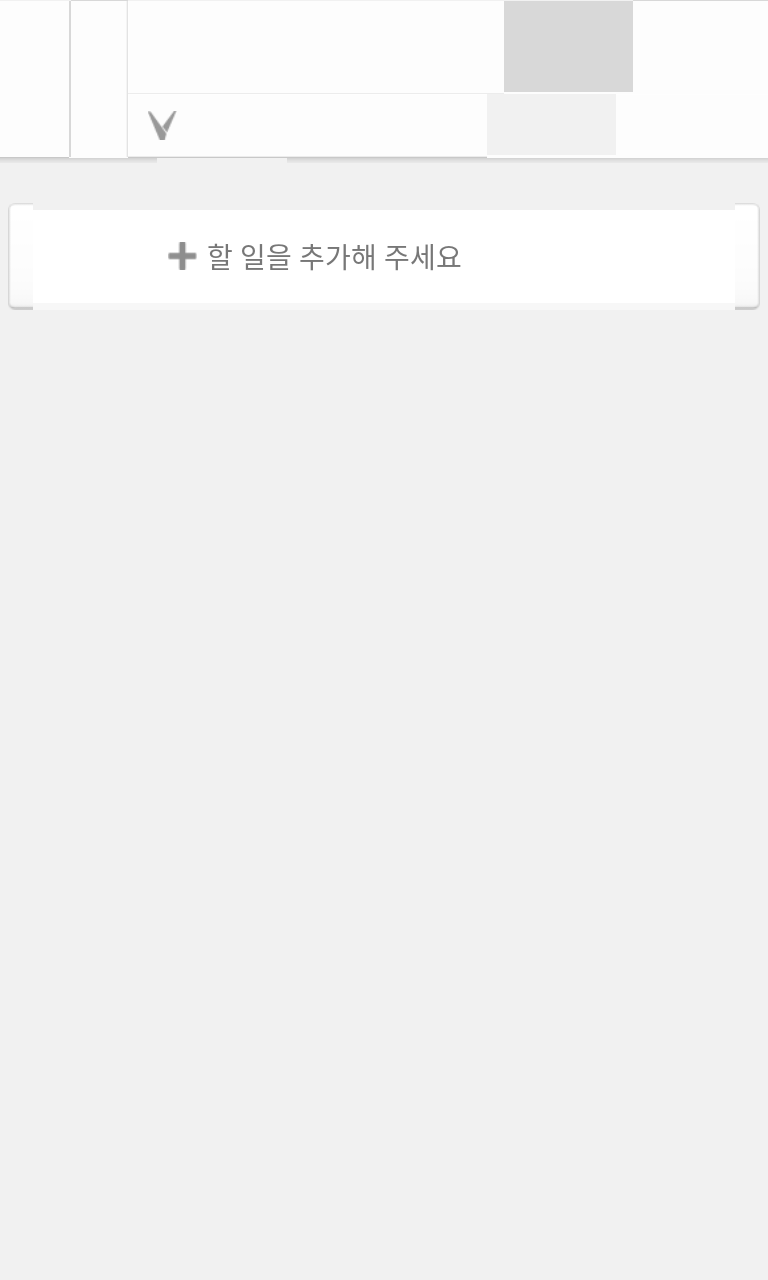
Repository: belhyun/witherest-android
Layout: Witherest/res/layout/fragment_mycheck.xml
An editor plug-in stored every save of this project. The layout is shown before and after the next save, followed by the edit.
It is drawn on a 768 x 1280 px phone screen (xhdpi) without system bars, with theme android:Theme.Holo; the app's code is not run. Lists and similar views that code fills are empty.

Above is the layout before, as saved 2013-07-06 10:55:38.

After the next save:
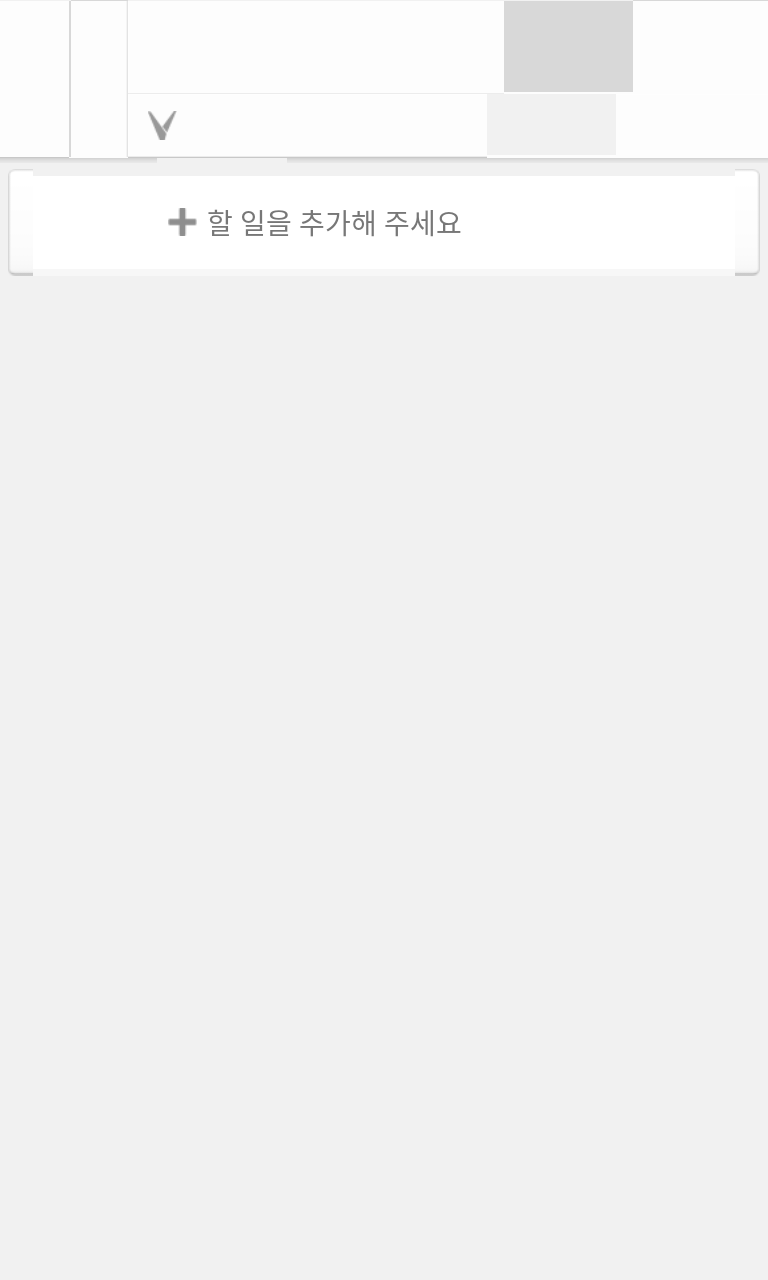
Saved 19 s later.
--- a/Witherest/res/layout/fragment_mycheck.xml
+++ b/Witherest/res/layout/fragment_mycheck.xml
@@ -132,7 +132,7 @@
         android:layout_marginBottom="2dp"
         android:layout_marginLeft="4dp"
         android:layout_marginRight="4dp"
-        android:layout_marginTop="20dp"
+        android:layout_marginTop="3dp"
         android:background="@drawable/make_room_btn_on_off"
         android:drawableLeft="@drawable/main_plus_icon_bg"
         android:drawablePadding="5dip"
